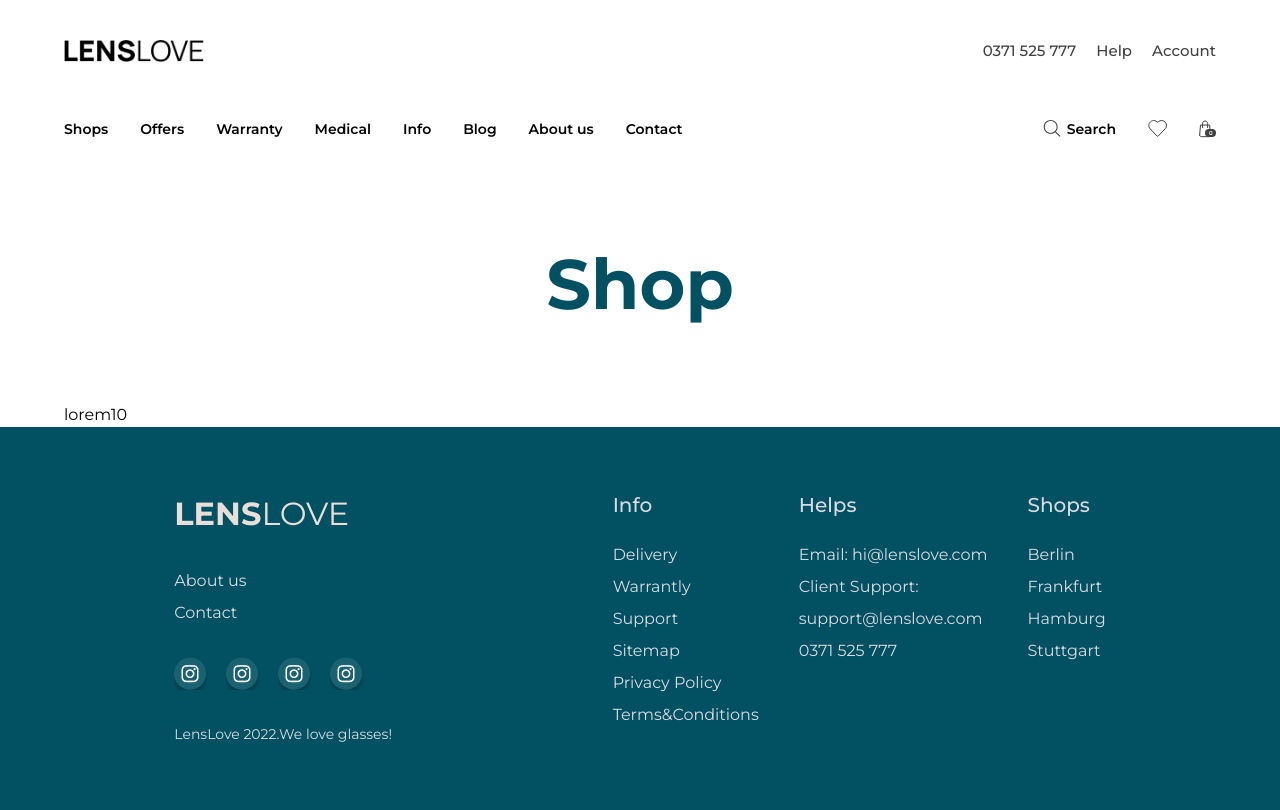
Repository: thienthanhvinh/glasses-react
Page: /shop
These files come from the project's save history. The page is drawn as it stood at one moment and after a run of saves; the edit follows.
The browser window is 1280 px wide. The pictures show the whole page.
The project was rebuilt for these pictures with package versions that can differ from the ones it lists, and the page was loaded fresh each time. Also part of the build but not shown: src/App.css, src/components/button/Button.js, src/components/category/Category.js, src/components/intro/Intro.js, src/components/sales/SpringSales.js, src/modules/GlassesGrid.js, src/modules/GlassesItem.js, src/modules/HeadlineImage.js and 11 more.

Above is the page before, as saved 2023-02-13 20:13:52.

After the next 3 saves:
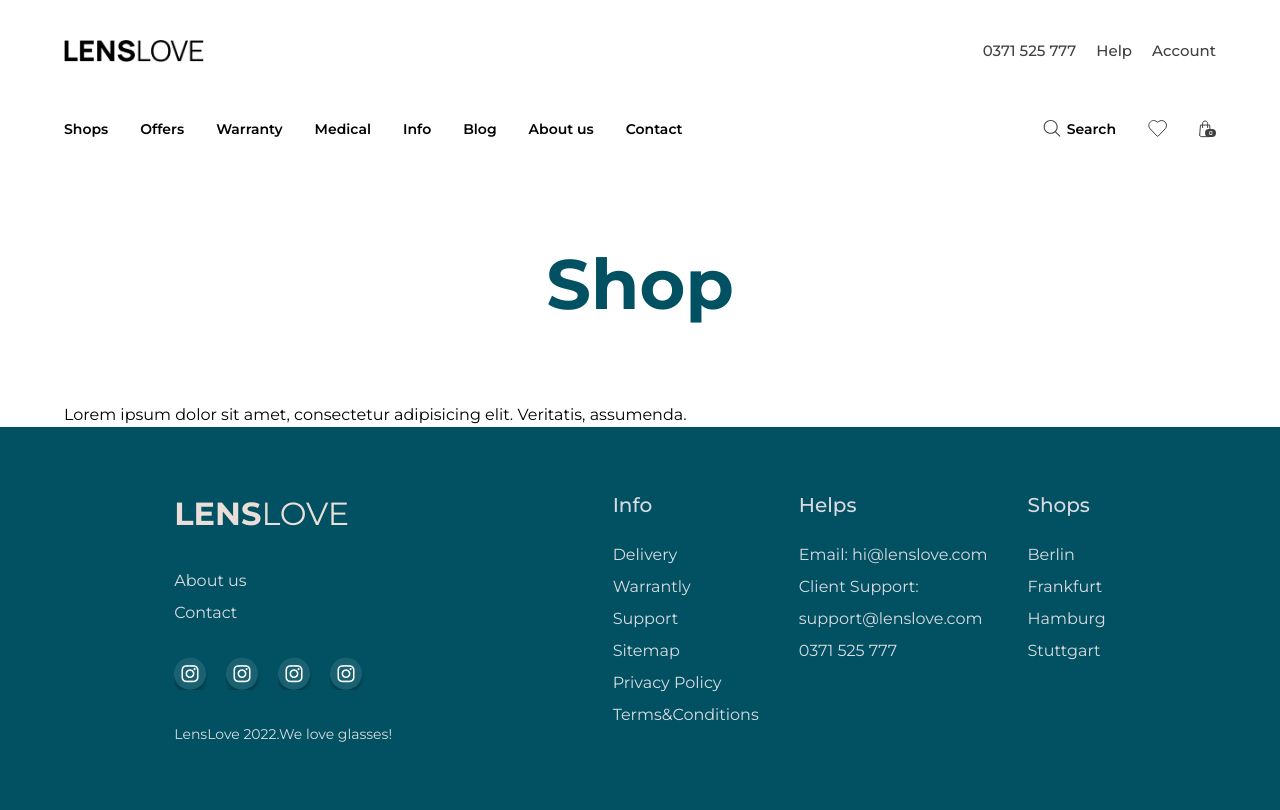
The 3 saves are shown as one change because they came seconds apart.
The last was saved 16 s later.
--- a/src/pages/ShopPage.js
+++ b/src/pages/ShopPage.js
@@ -9,7 +9,9 @@ const ShopPage = () => {
       <LayoutGlasses>
         <Heading className="mt-14">Shop</Heading>
         <div className="px-16">
-          <div className="mt-[70px]">lorem10</div>
+          <div className="mt-[70px]">
+            <h2>Lorem ipsum dolor sit amet, consectetur adipisicing elit. Veritatis, assumenda.</h2>
+          </div>
         </div>
       </LayoutGlasses>
     </>
